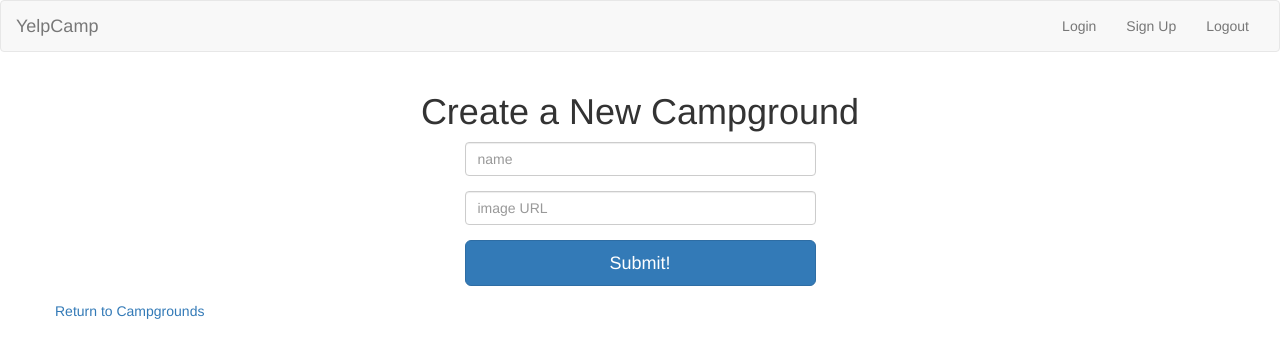
Repository: pdurkin/Web-Dev-Class
Page: http://localhost/campgrounds/new
The author's editor kept a record of every edit. The page is drawn from the files as they stood at one moment, then again after the next edit.
The browser window is 1280 px wide. The pictures show the whole page.
The page is served by the project's Node server (YelpCamp/v1/app.js).

Above is the page before.

### Back End Lessons/YelpCamp/v1/views/new.ejs
<% include partials/header %>

<div class="container">
    <div class="row">
        <h1 style="text-align: center;">Create a New Campground</h1>
        <div style="width: 30%; margin: 0 auto;">
            <form action="/campgrounds" method="POST">
                <div class="form-group">
                    <input class="form-control" type="text" name="name" placeholder="name">
                </div>
                <div class="form-group">
                    <input class="form-control" type="text" name="image" placeholder="image URL">
                </div>
                <div class="form-group">
                    <!-- Bootstrap classes -->
                    <button class="btn btn-default btn-lg btn-primary btn-block">Submit!</button>
                </div>
            </form>
        </div>

        <a href="/campgrounds">Return to Campgrounds</a>
    </div>
</div>

<% include partials/footer %>

### Back End Lessons/YelpCamp/v1/views/partials/header.ejs
<!DOCTYPE html>
<html>
    <head>
        <title>Yelp Camp</title>
        <link rel="stylesheet" href="https://maxcdn.bootstrapcdn.com/bootstrap/3.3.7/css/bootstrap.min.css">
    </head>
    <body>
        <!-- Bootstrap Navbar -->
        <nav class="navbar navbar-default">
            <div class="container-fluid">
                <div class="navbar-header">
                    <a class="navbar-brand" href="/">YelpCamp</a>
                </div>
                <div class="collapse navbar-collapse">
                    <ul class="nav navbar-nav navbar-right">
                        <li><a href="/">Login</a></li>
                        <li><a href="/">Sign Up</a></li>
                        <li><a href="/">Logout</a></li>
                    </ul>
                </div>
            </div>
        </nav>

### Back End Lessons/YelpCamp/v1/app.js
// start packages
var express = require("express");
var app = express();
var bodyParser = require("body-parser");

app.use(bodyParser.urlencoded({exteded:true}));
app.set("view engine", "ejs");

var campgrounds = [
            {name: "Salmon Creek", image: "https://media-cdn.tripadvisor.com/media/photo-s/05/c6/94/80/red-squirrel-campsite.jpg"},
            {name: "Dewey Point", image: "https://msdnshared.blob.core.windows.net/media/MSDNBlogsFS/prod.evol.blogs.msdn.com/CommunityServer.Blogs.Components.WeblogFiles/00/00/01/21/36/2818.IMG_2641.JPG"},
            {name: "Granite Hill", image: "https://upload.wikimedia.org/wikipedia/commons/f/f6/Deep_Lake_tenting_campsite_-_Riding_Mountain_National_Park.JPG"}
        ];

// Landing page
app.get("/", function(req, res){
    res.render("landing");
});

// Display campgrounds
app.get("/campgrounds", function(req, res){
    res.render("campgrounds", {campgrounds:campgrounds});
});

// Adds new campground with form
app.get("/campgrounds/new", function(req, res){
   res.render("new");
});

// Post new campground to campgrounds page
app.post("/campgrounds", function(req, res){
    // get data from form and add to campgrounds array
    var name = req.body.name;
    var image = req.body.image;
    var newCampground = {name: name, image: image};

    // add form submission to campgrounds array
    campgrounds.push(newCampground);

    // redirect back to campgrounds page
    res.redirect("/campgrounds");
});

app.listen(process.env.PORT, process.env.IP, function(){
    console.log("YelpCamp server has started!");
});

Loaded but not shown: Back End Lessons/YelpCamp/v1/views/partials/footer.ejs (common file)

After the next edit:
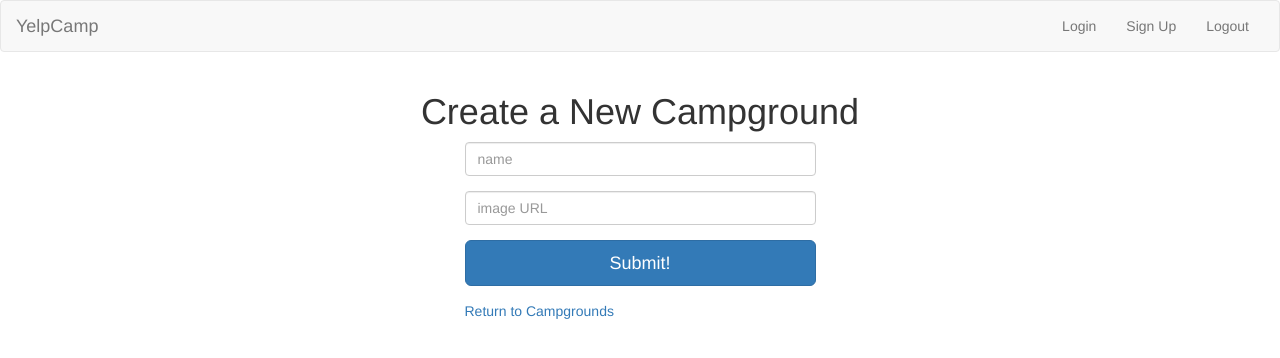
The edit:
--- a/Back End Lessons/YelpCamp/v1/views/new.ejs
+++ b/Back End Lessons/YelpCamp/v1/views/new.ejs
@@ -16,9 +16,9 @@
                     <button class="btn btn-default btn-lg btn-primary btn-block">Submit!</button>
                 </div>
             </form>
+
+            <a href="/campgrounds">Return to Campgrounds</a>
         </div>
-
-        <a href="/campgrounds">Return to Campgrounds</a>
     </div>
 </div>
 
